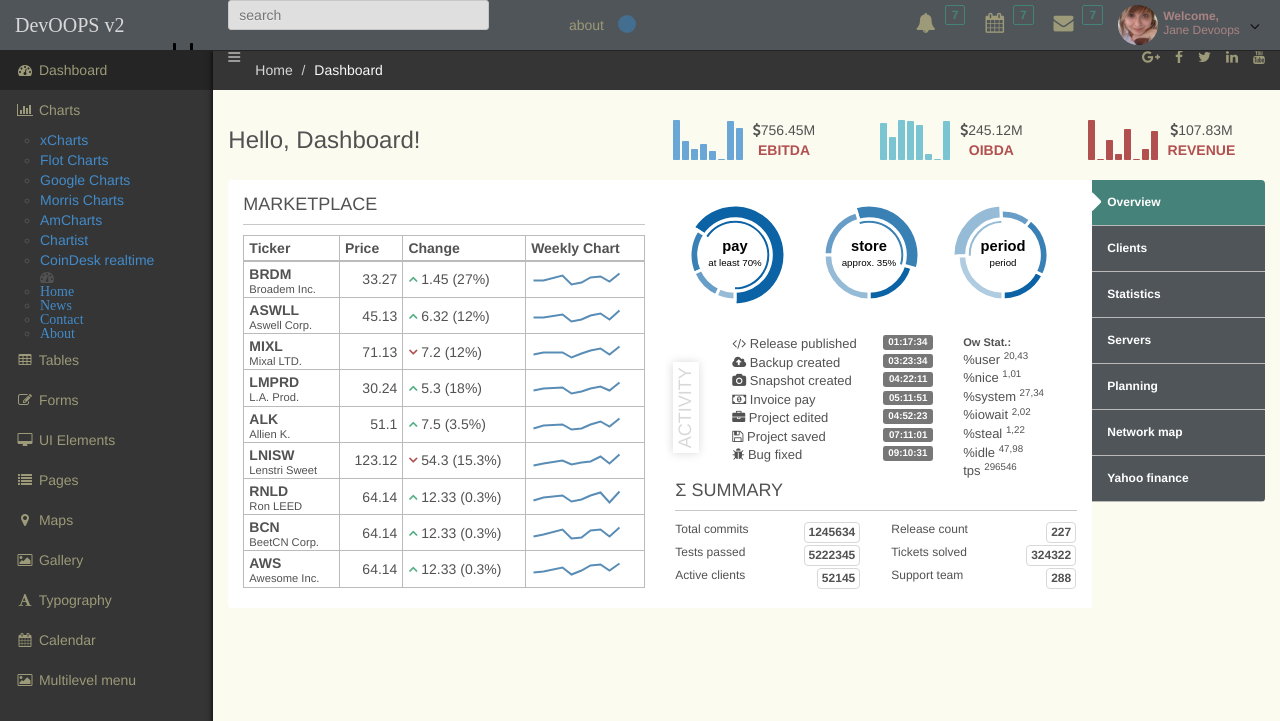
Repository: HackathonNicaragua/sixbyte
Page: http://localhost/RIMB/index.jsp
The author's editor kept a copy of each file at every save. The page is drawn from the files as they stood at one save, then again after the next save.
The browser window is 1280 px wide. The pictures show the whole page.
Some web fonts or font styles are not loaded; a fallback is used. Some web libraries are served in a nearby version. The page is served by Tomcat 9. Other server files are loaded and not shown.

Above is the page before, as saved 2017-11-25 21:07:53.

### RIMB/WebContent/index.jsp
<%@ page language="java" contentType="text/html; charset=ISO-8859-1"
    pageEncoding="ISO-8859-1"%>
<!DOCTYPE html PUBLIC "-//W3C//DTD HTML 4.01 Transitional//EN" "http://www.w3.org/TR/html4/loose.dtd">
<html lang="es">
	<head>
		<meta charset="utf-8">
		<title>DevOOPS v2</title>
		<meta name="description" content="description">
		<meta name="author" content="DevOOPS">
		<meta name="viewport" content="width=device-width, initial-scale=1">
		<link href="plugins/bootstrap/bootstrap.css" rel="stylesheet">
		<link href="plugins/jquery-ui/jquery-ui.min.css" rel="stylesheet">
		<link href="http://maxcdn.bootstrapcdn.com/font-awesome/4.2.0/css/font-awesome.min.css" rel="stylesheet">
		<link href='http://fonts.googleapis.com/css?family=Righteous' rel='stylesheet' type='text/css'>
		<link href="plugins/fancybox/jquery.fancybox.css" rel="stylesheet">
		<link href="plugins/fullcalendar/fullcalendar.css" rel="stylesheet">
		<link href="plugins/xcharts/xcharts.min.css" rel="stylesheet">
		<link href="plugins/select2/select2.css" rel="stylesheet">
		<link href="plugins/justified-gallery/justifiedGallery.css" rel="stylesheet">
		<link href="css/style_v2.css" rel="stylesheet">
		<link href="plugins/chartist/chartist.min.css" rel="stylesheet">
		<!-- HTML5 shim and Respond.js IE8 support of HTML5 elements and media queries -->
		<!--[if lt IE 9]>
				<script src="http://getbootstrap.com/docs-assets/js/html5shiv.js"></script>
				<script src="http://getbootstrap.com/docs-assets/js/respond.min.js"></script>
		<![endif]-->
	</head>
<body>
<!--Start Header-->
<div id="screensaver">
	<canvas id="canvas"></canvas>
	<i class="fa fa-lock" id="screen_unlock"></i>
</div>
<div id="modalbox">
	<div class="devoops-modal">
		<div class="devoops-modal-header">
			<div class="modal-header-name">
				<span>Basic table</span>
			</div>
			<div class="box-icons">
				<a class="close-link">
					<i class="fa fa-times"></i>
				</a>
			</div>
		</div>
		<div class="devoops-modal-inner">
		</div>
		<div class="devoops-modal-bottom">
		</div>
	</div>
</div>
<header class="navbar">
	<div class="container-fluid expanded-panel">
		<div class="row">
			<div id="logo" class="col-xs-12 col-sm-2">
				<a href="index.html">DevOOPS v2</a>
			</div>
			<div id="top-panel" class="col-xs-12 col-sm-10">
				<div class="row">
					<div class="col-xs-8 col-sm-4">
						<div id="search">
							<input type="text" placeholder="search"/>
							<i class="fa fa-search"></i>
						</div>
					</div>
					<div class="col-xs-4 col-sm-8 top-panel-right">
						<a href="#" class="about">about</a>
						<a href="index_v1.html" class="style1"></a>
						<ul class="nav navbar-nav pull-right panel-menu">
							<li class="hidden-xs">
								<a href="index.html" class="modal-link">
									<i class="fa fa-bell"></i>
									<span class="badge">7</span>
								</a>
							</li>
							<li class="hidden-xs">
								<a class="ajax-link" href="ajax/calendar.html">
									<i class="fa fa-calendar"></i>
									<span class="badge">7</span>
								</a>
							</li>
							<li class="hidden-xs">
								<a href="ajax/page_messages.html" class="ajax-link">
									<i class="fa fa-envelope"></i>
									<span class="badge">7</span>
								</a>
							</li>
							<li class="dropdown">
								<a href="#" class="dropdown-toggle account" data-toggle="dropdown">
									<div class="avatar">
										<img src="img/avatar.jpg" class="img-circle" alt="avatar" />
									</div>
									<i class="fa fa-angle-down pull-right"></i>
									<div class="user-mini pull-right">
										<span class="welcome">Welcome,</span>
										<span>Jane Devoops</span>
									</div>
								</a>
								<ul class="dropdown-menu">
									<li>
										<a href="#">
											<i class="fa fa-user"></i>
											<span>Profile</span>
										</a>
									</li>
									<li>
										<a href="ajax/page_messages.html" class="ajax-link">
											<i class="fa fa-envelope"></i>
											<span>Messages</span>
										</a>
									</li>
									<li>
										<a href="ajax/gallery_simple.html" class="ajax-link">
											<i class="fa fa-picture-o"></i>
											<span>Albums</span>
										</a>
									</li>
									<li>
										<a href="ajax/calendar.html" class="ajax-link">
											<i class="fa fa-tasks"></i>
											<span>Tasks</span>
										</a>
									</li>
									<li>
										<a href="#">
											<i class="fa fa-cog"></i>
											<span>Settings</span>
										</a>
									</li>
									<li>
										<a href="#">
											<i class="fa fa-power-off"></i>
											<span>Logout</span>
										</a>
									</li>
								</ul>
							</li>
						</ul>
					</div>
				</div>
			</div>
		</div>
	</div>
</header>
<!--End Header-->
<!--Start Container-->
<div id="main" class="container-fluid">
	<div class="row">
		<div id="sidebar-left" class="col-xs-2 col-sm-2">
			<ul class="nav main-menu">
				<li>
					<a href="ajax/dashboard.html" class="ajax-link">
						<i class="fa fa-dashboard"></i>
						<span class="hidden-xs">Dashboard</span>
					</a>
				</li>
				<li class="dropdown">
					<a href="#" class="dropdown-toggle">
						<i class="fa fa-bar-chart-o"></i>
						<span class="hidden-xs">Charts</span>
					</a>
					<ul>
						<li><a class="ajax-link" href="ajax/charts_xcharts.html">xCharts</a></li>
						<li><a class="ajax-link" href="ajax/charts_flot.html">Flot Charts</a></li>
						<li><a class="ajax-link" href="ajax/charts_google.html">Google Charts</a></li>
						<li><a class="ajax-link" href="ajax/charts_morris.html">Morris Charts</a></li>
						<li><a class="ajax-link" href="ajax/charts_amcharts.html">AmCharts</a></li>
						<li><a class="ajax-link" href="ajax/charts_chartist.html">Chartist</a></li>
						<li><a class="ajax-link" href="ajax/charts_coindesk.html">CoinDesk realtime</a></li>
					</ul>
				</li>
				<ul class="fa fa-dashboard">
  				<li><a href="ajax/tables_simple.html">Home</a></li>
 				<li><a href="ajax/tables_simple.html">News</a></li>
  				<li><a href="ajax/tables_simple.html">Contact</a></li>
 				<li><a  href="ajax/tables_simple.html">About</a></li>
				</ul>
				<li class="dropdown">
					<a href="#" class="dropdown-toggle">
						<i class="fa fa-table"></i>
						 <span class="hidden-xs">Tables</span>
					</a>
					<ul class="dropdown-menu">
						<li><a class="ajax-link" href="ajax/tables_simple.html">Simple Tables</a></li>
						<li><a class="ajax-link" href="ajax/tables_datatables.html">Data Tables</a></li>
						<li><a class="ajax-link" href="ajax/tables_beauty.html">Beauty Tables</a></li>
					</ul>
				</li>
				<li class="dropdown">
					<a href="#" class="dropdown-toggle">
						<i class="fa fa-pencil-square-o"></i>
						 <span class="hidden-xs">Forms</span>
					</a>
					<ul class="dropdown-menu">
						<li><a class="ajax-link" href="ajax/forms_elements.html">Elements</a></li>
						<li><a class="ajax-link" href="ajax/forms_layouts.html">Layouts</a></li>
						<li><a class="ajax-link" href="ajax/forms_file_uploader.html">File Uploader</a></li>
					</ul>
				</li>
				<li class="dropdown">
					<a href="#" class="dropdown-toggle">
						<i class="fa fa-desktop"></i>
						 <span class="hidden-xs">UI Elements</span>
					</a>
					<ul class="dropdown-menu">
						<li><a class="ajax-link" href="ajax/ui_grid.html">Grid</a></li>
						<li><a class="ajax-link" href="ajax/ui_buttons.html">Buttons</a></li>
						<li><a class="ajax-link" href="ajax/ui_progressbars.html">Progress Bars</a></li>
						<li><a class="ajax-link" href="ajax/ui_jquery-ui.html">Jquery UI</a></li>
						<li><a class="ajax-link" href="ajax/ui_icons.html">Icons</a></li>
					</ul>
				</li>
				<li class="dropdown">
					<a href="#" class="dropdown-toggle">
						<i class="fa fa-list"></i>
						 <span class="hidden-xs">Pages</span>
					</a>
					<ul class="dropdown-menu">
						<li><a href="ajax/page_login.html">Login</a></li>
						<li><a href="ajax/page_register.html">Register</a></li>
						<li><a id="locked-screen" class="submenu" href="ajax/page_locked.html">Locked Screen</a></li>
						<li><a class="ajax-link" href="ajax/page_contacts.html">Contacts</a></li>
						<li><a class="ajax-link" href="ajax/page_feed.html">Feed</a></li>
						<li><a class="ajax-link add-full" href="ajax/page_messages.html">Messages</a></li>
						<li><a class="ajax-link" href="ajax/page_pricing.html">Pricing</a></li>
						<li><a class="ajax-link" href="ajax/page_product.html">Product</a></li>
						<li><a class="ajax-link" href="ajax/page_invoice.html">Invoice</a></li>
						<li><a class="ajax-link" href="ajax/page_search.html">Search Results</a></li>
						<li><a class="ajax-link" href="ajax/page_404.html">Error 404</a></li>
						<li><a href="ajax/page_500.html">Error 500</a></li>
					</ul>
				</li>
				<li class="dropdown">
					<a href="#" class="dropdown-toggle">
						<i class="fa fa-map-marker"></i>
						<span class="hidden-xs">Maps</span>
					</a>
					<ul class="dropdown-menu">
						<li><a class="ajax-link" href="ajax/maps.html">OpenStreetMap</a></li>
						<li><a class="ajax-link" href="ajax/map_fullscreen.html">Fullscreen map</a></li>
						<li><a class="ajax-link" href="ajax/map_leaflet.html">Leaflet</a></li>
					</ul>
				</li>
				<li class="dropdown">
					<a href="#" class="dropdown-toggle">
						<i class="fa fa-picture-o"></i>
						 <span class="hidden-xs">Gallery</span>
					</a>
					<ul class="dropdown-menu">
						<li><a class="ajax-link" href="ajax/gallery_simple.html">Simple Gallery</a></li>
						<li><a class="ajax-link" href="ajax/gallery_flickr.html">Flickr Gallery</a></li>
					</ul>
				</li>
				<li>
					 <a class="ajax-link" href="ajax/typography.html">
						 <i class="fa fa-font"></i>
						 <span class="hidden-xs">Typography</span>
					</a>
				</li>
				 <li>
					<a class="ajax-link" href="ajax/calendar.html">
						 <i class="fa fa-calendar"></i>
						 <span class="hidden-xs">Calendar</span>
					</a>
				 </li>
				<li class="dropdown">
					<a href="#" class="dropdown-toggle">
						<i class="fa fa-picture-o"></i>
						 <span class="hidden-xs">Multilevel menu</span>
					</a>
					<ul class="dropdown-menu">
						<li><a href="#">First level menu</a></li>
						<li><a href="#">First level menu</a></li>
						<li class="dropdown">
							<a href="#" class="dropdown-toggle">
								<i class="fa fa-plus-square"></i>
								<span class="hidden-xs">Second level menu group</span>
							</a>
							<ul class="dropdown-menu">
								<li><a href="#">Second level menu</a></li>
								<li><a href="#">Second level menu</a></li>
								<li class="dropdown">
									<a href="#" class="dropdown-toggle">
										<i class="fa fa-plus-square"></i>
										<span class="hidden-xs">Three level menu group</span>
									</a>
									<ul class="dropdown-menu">
										<li><a href="#">Three level menu</a></li>
										<li><a href="#">Three level menu</a></li>
										<li class="dropdown">
											<a href="#" class="dropdown-toggle">
												<i class="fa fa-plus-square"></i>
												<span class="hidden-xs">Four level menu group</span>
											</a>
											<ul class="dropdown-menu">
												<li><a href="#">Four level menu</a></li>
												<li><a href="#">Four level menu</a></li>
												<li class="dropdown">
													<a href="#" class="dropdown-toggle">
														<i class="fa fa-plus-square"></i>
														<span class="hidden-xs">Five level menu group</span>
													</a>
													<ul class="dropdown-menu">
														<li><a href="#">Five level menu</a></li>
														<li><a href="#">Five level menu</a></li>
														<li class="dropdown">
															<a href="#" class="dropdown-toggle">
																<i class="fa fa-plus-square"></i>
																<span class="hidden-xs">Six level menu group</span>
															</a>
															<ul class="dropdown-menu">
																<li><a href="#">Six level menu</a></li>
																<li><a href="#">Six level menu</a></li>
															</ul>
														</li>
													</ul>
												</li>
											</ul>
										</li>
										<li><a href="#">Three level menu</a></li>
									</ul>
								</li>
							</ul>
						</li>
					</ul>
				</li>
			</ul>
		</div>
		<!--Start Content-->
		<div id="content" class="col-xs-12 col-sm-10">
			<div id="about">
				<div class="about-inner">
					<h4 class="page-header">Open-source admin theme for you</h4>
					<p>DevOOPS team</p>
					<p>Homepage - <a href="http://devoops.me" target="_blank">http://devoops.me</a></p>
					<p>Email - <a href="mailto:devoopsme@gmail.com">devoopsme@gmail.com</a></p>
					<p>Twitter - <a href="http://twitter.com/devoopsme" target="_blank">http://twitter.com/devoopsme</a></p>
					<p>Donate - BTC 123Ci1ZFK5V7gyLsyVU36yPNWSB5TDqKn3</p>
				</div>
			</div>
			<div class="preloader">
				<img src="img/devoops_getdata.gif" class="devoops-getdata" alt="preloader"/>
			</div>
			<div id="ajax-content"></div>
		</div>
		<!--End Content-->
	</div>
</div>
<!--End Container-->
<!-- jQuery (necessary for Bootstrap's JavaScript plugins) -->
<!--<script src="http://code.jquery.com/jquery.js"></script>-->
<script src="plugins/jquery/jquery.min.js"></script>
<script src="plugins/jquery-ui/jquery-ui.min.js"></script>
<!-- Include all compiled plugins (below), or include individual files as needed -->
<script src="plugins/bootstrap/bootstrap.min.js"></script>
<script src="plugins/justified-gallery/jquery.justifiedGallery.min.js"></script>
<script src="plugins/tinymce/tinymce.min.js"></script>
<script src="plugins/tinymce/jquery.tinymce.min.js"></script>
<!-- All functions for this theme + document.ready processing -->
<script src="js/devoops.js"></script>
</body>
</html>

Loaded but not shown: RIMB/WebContent/plugins/bootstrap/bootstrap.css (library); RIMB/WebContent/plugins/jquery-ui/jquery-ui.min.css (library); RIMB/WebContent/plugins/fancybox/jquery.fancybox.css (library); RIMB/WebContent/plugins/fullcalendar/fullcalendar.css (library); RIMB/WebContent/plugins/xcharts/xcharts.min.css (library); RIMB/WebContent/plugins/select2/select2.css (library); RIMB/WebContent/plugins/justified-gallery/justifiedGallery.css (library); RIMB/WebContent/plugins/chartist/chartist.min.css (library); RIMB/WebContent/plugins/jquery/jquery.min.js (library); RIMB/WebContent/plugins/jquery-ui/jquery-ui.min.js (library); RIMB/WebContent/plugins/bootstrap/bootstrap.min.js (library); RIMB/WebContent/plugins/justified-gallery/jquery.justifiedGallery.min.js (library); RIMB/WebContent/plugins/tinymce/tinymce.min.js (library); RIMB/WebContent/plugins/tinymce/jquery.tinymce.min.js (library); RIMB/WebContent/plugins/jQuery-Knob/jquery.knob.js (library); RIMB/WebContent/plugins/sparkline/jquery.sparkline.min.js (library); RIMB/WebContent/plugins/raphael/raphael-min.js (library); RIMB/WebContent/plugins/springy/springy.js (library); RIMB/WebContent/plugins/morris/morris.min.js (library); RIMB/WebContent/plugins/springy/springyui.js (library); RIMB/WebContent/js/devoops.js (3495 lines, source omitted); RIMB/WebContent/css/style_v2.css (2252 lines, source omitted); RIMB/WebContent/ajax/dashboard.html (531 lines, source omitted)

After the next save:
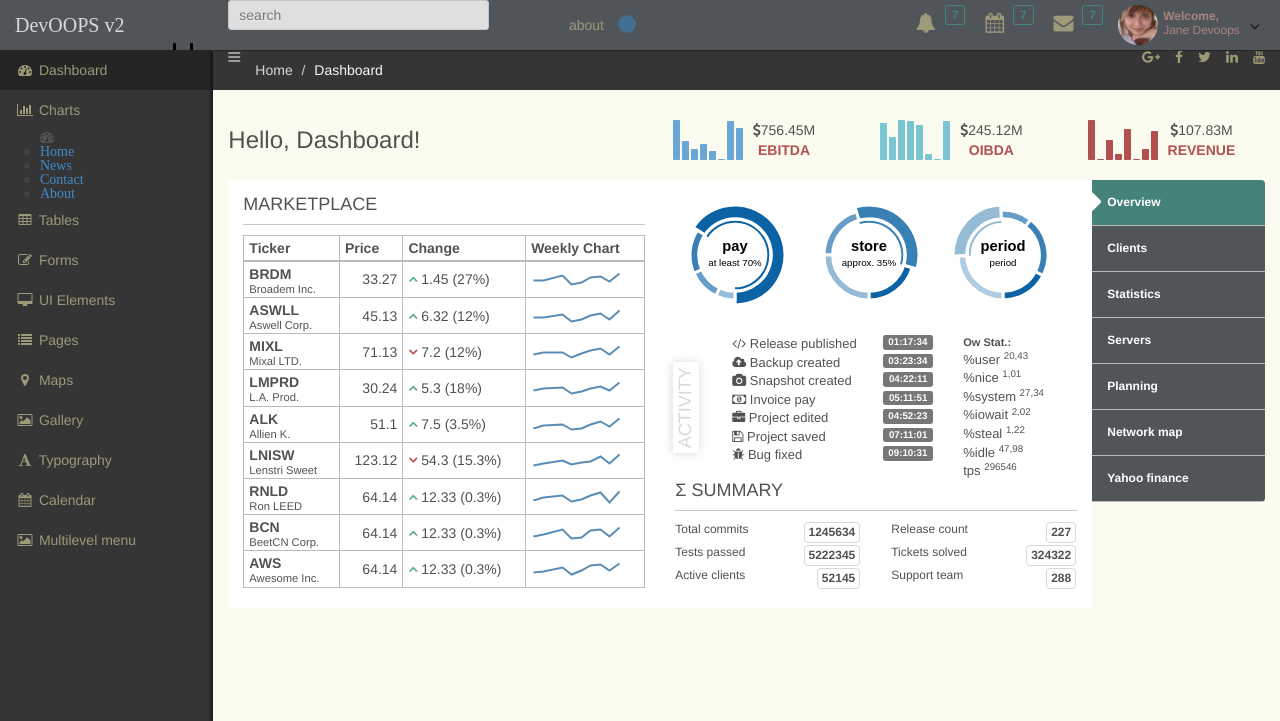
Saved 18 s later.
--- a/RIMB/WebContent/index.jsp
+++ b/RIMB/WebContent/index.jsp
@@ -159,7 +159,7 @@
 						<i class="fa fa-bar-chart-o"></i>
 						<span class="hidden-xs">Charts</span>
 					</a>
-					<ul>
+					<ul class="dropdown-menu">
 						<li><a class="ajax-link" href="ajax/charts_xcharts.html">xCharts</a></li>
 						<li><a class="ajax-link" href="ajax/charts_flot.html">Flot Charts</a></li>
 						<li><a class="ajax-link" href="ajax/charts_google.html">Google Charts</a></li>
